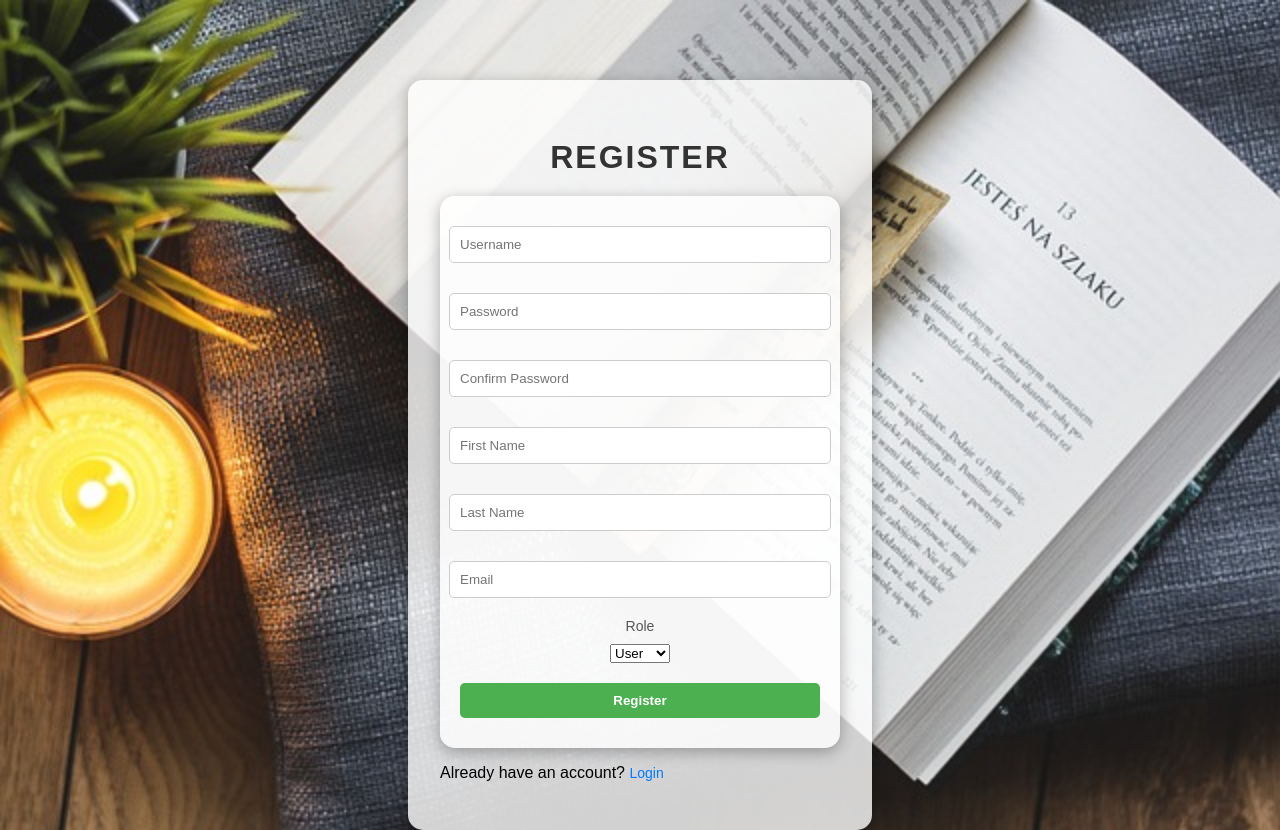
Repository: pavitrapai10/Library_Management_System
Page: http://localhost/register.php
These files come from the project's save history. The page is drawn as it stood at one moment and after the next save; the edit follows.
The browser window is 1280 px wide. The pictures show the whole page.
Backgrounds fixed to the window are drawn as part of the page. The page is run by PHP 8.4 with error messages shown; the project is at /var/www/html/.

Above is the page before, as saved 2025-02-05 16:53:54.

After the next save:
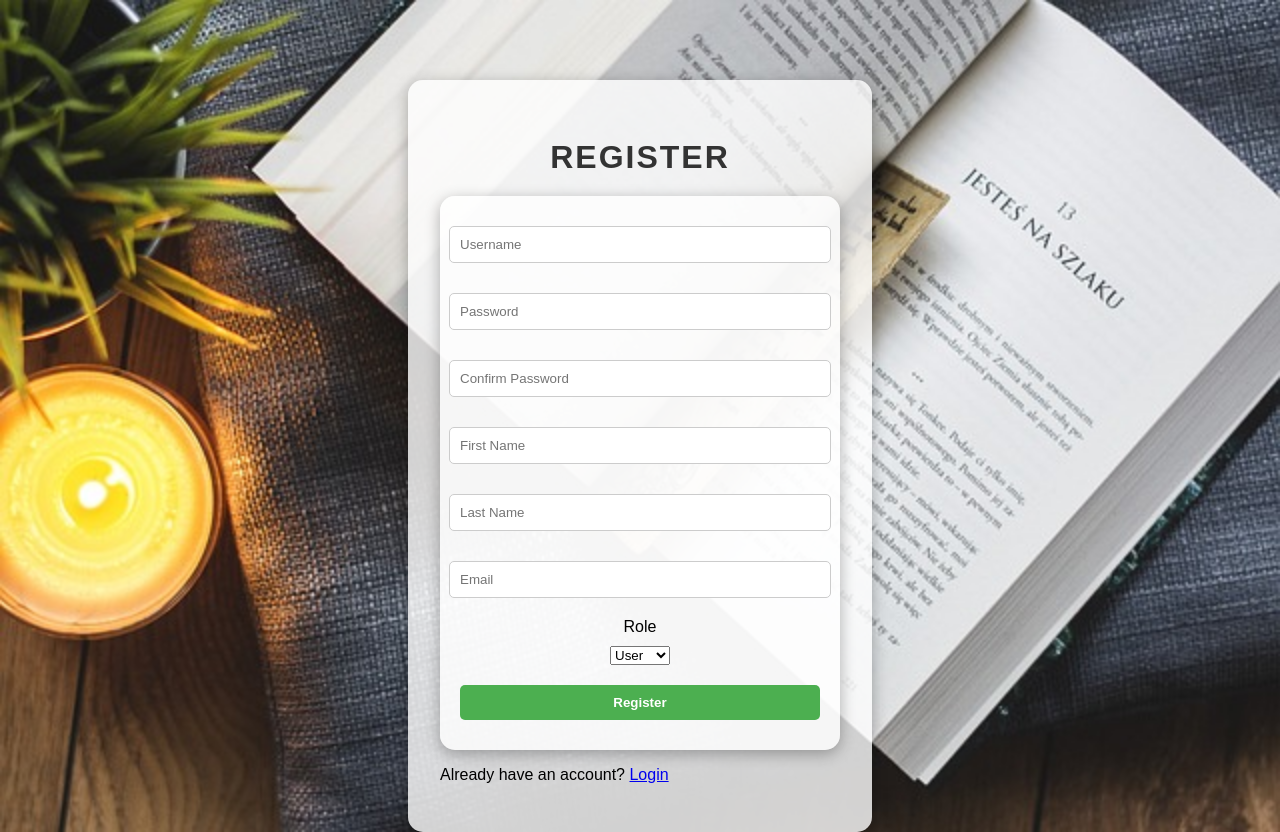
Saved 32 s later.
--- a/style.css
+++ b/style.css
@@ -457,42 +457,3 @@ table tr:hover {
     border-radius: 5px;
     font-weight: bold;
 }
-
-/* Custom Alert Styling */
-.alert {
-    padding: 10px;
-    border-radius: 5px;
-    margin-top: 10px;
-    font-size: 14px;
-}
-
-.alert.error {
-    background-color: #f8d7da;
-    color: #842029;
-    border: 1px solid #f5c2c7;
-}
-
-
-.alert.success {
-    background-color: #4CAF50;
-    color: white;
-}
-
-
-
-label {
-    text-align: left;
-    display: block;
-    font-size: 14px;
-    color: #555;
-}
-
-a {
-    color: #007BFF;
-    text-decoration: none;
-    font-size: 14px;
-}
-
-a:hover {
-    text-decoration: underline;
-}
